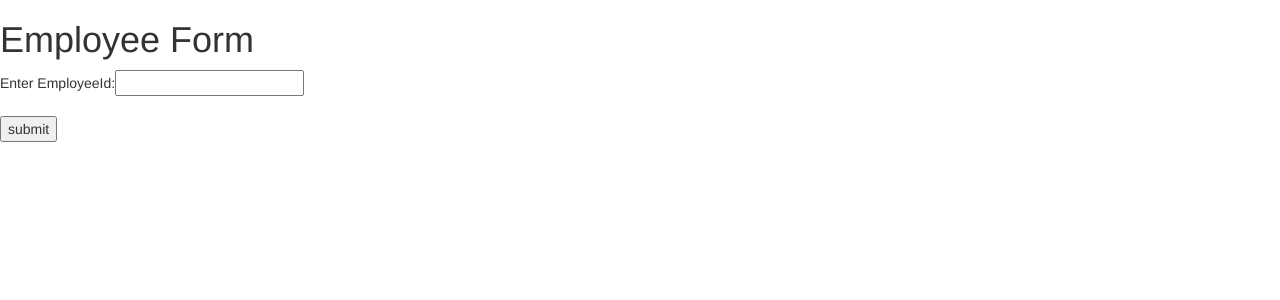
Repository: Mayank-yadav/All-Practise-Codes
Page: http://localhost/jspcrud/
These files come from the project's save history. The page is drawn as it stood at one moment and after the next save; the edit follows.
The browser window is 1280 px wide. The pictures show the whole page.
Some web libraries are served in a nearby version. The page is served by Tomcat 9. Other server files are loaded and not shown.

Above is the page before, as saved 2015-11-30 10:16:33.

### jsp_workspace/jspcrud/WebContent/index.jsp
<%@ page language="java" contentType="text/html; charset=ISO-8859-1"
    pageEncoding="ISO-8859-1"%>
<!DOCTYPE html PUBLIC "-//W3C//DTD HTML 4.01 Transitional//EN" "http://www.w3.org/TR/html4/loose.dtd">
<html>
<head>
<meta http-equiv="Content-Type" content="text/html; charset=ISO-8859-1">
<title>Insert title here</title>
<link rel="stylesheet" href="http://maxcdn.bootstrapcdn.com/bootstrap/3.3.5/css/bootstrap.min.css">
  <script src="https://ajax.googleapis.com/ajax/libs/jquery/1.11.3/jquery.min.js"></script>
  <script src="http://maxcdn.bootstrapcdn.com/bootstrap/3.3.5/js/bootstrap.min.js"></script>
</head>
<body>
<h1>Employee Form</h1>
	<form action="EmployeeServlet" method="get">
			Enter EmployeeId:<input type="text" name="id" /><br />
			<br /> <input type="submit" value="submit" />
		</form>
</body>
</html>

After the next save:
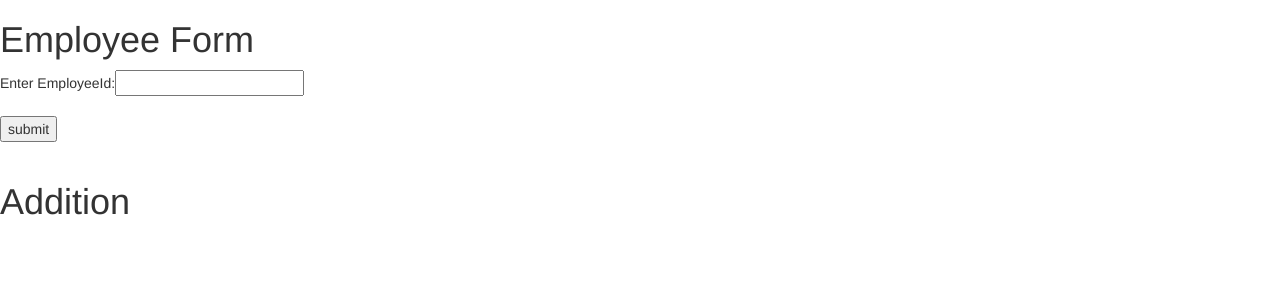
Saved 65 s later.
--- a/jsp_workspace/jspcrud/WebContent/index.jsp
+++ b/jsp_workspace/jspcrud/WebContent/index.jsp
@@ -15,5 +15,9 @@
 			Enter EmployeeId:<input type="text" name="id" /><br />
 			<br /> <input type="submit" value="submit" />
 		</form>
+		<br/>
+	<h1>Addition</h1>
+
+
 </body>
 </html>
